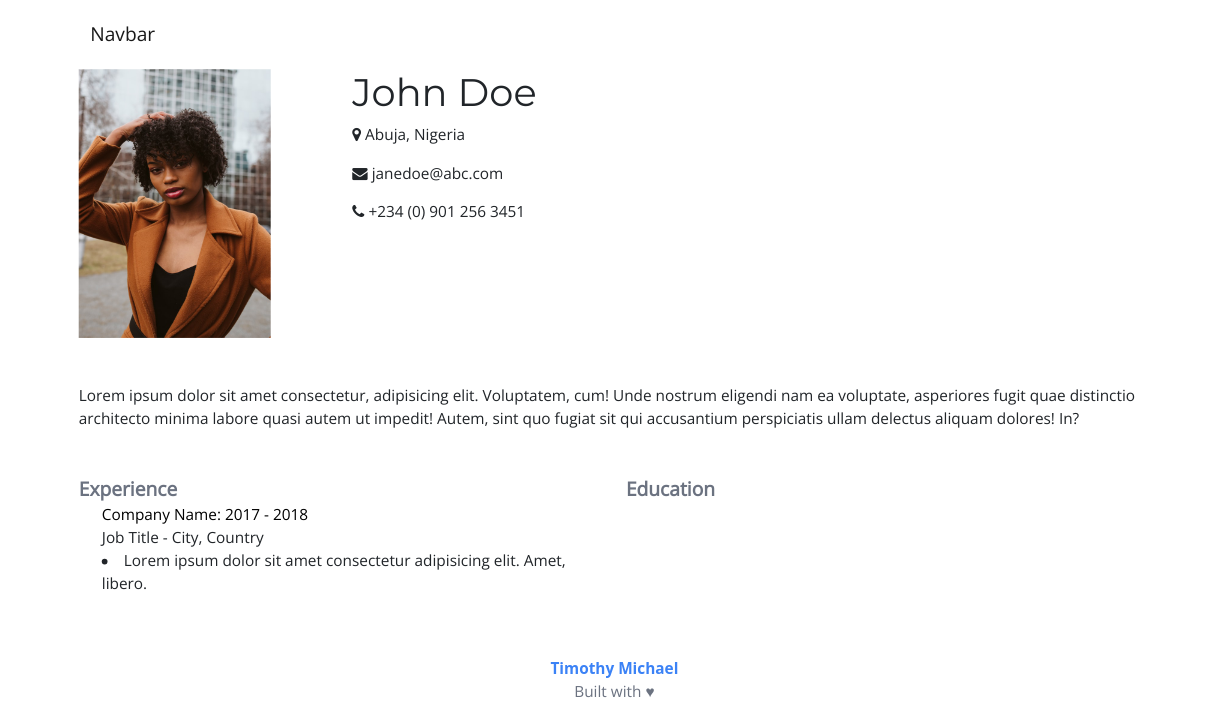
Repository: latenightsnacc/giggles
Page: HTML/CV.html
An editor plug-in stored every save of this project. The page is shown before and after the next save, followed by the edit.
The browser window is 1280 px wide. The pictures show the whole page, at 96% of full size.
Some web libraries are served in a nearby version.

Above is the page before, as saved 2021-01-05 11:07:01.

After the next save:
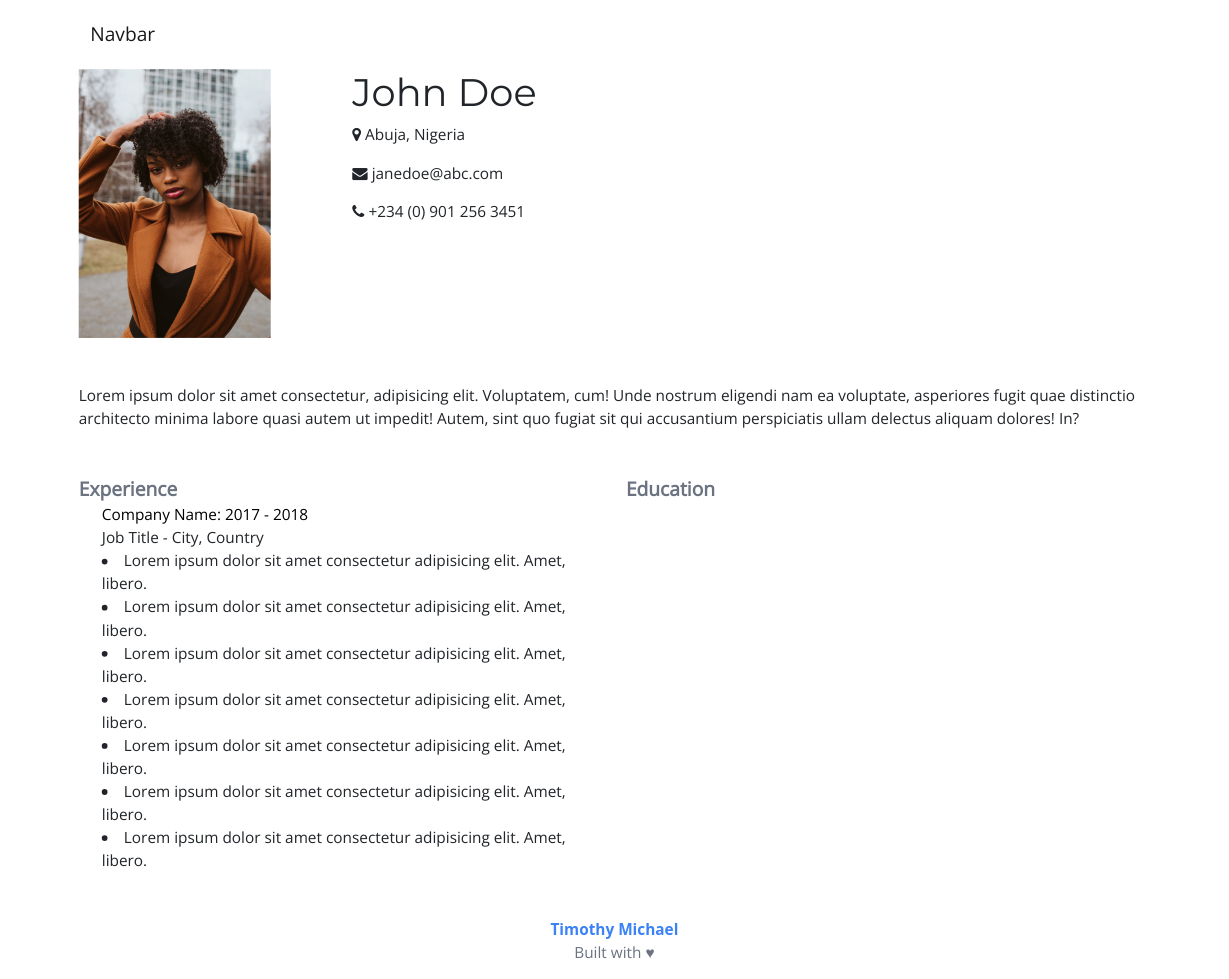
Saved 19 s later.
--- a/HTML/CV.html
+++ b/HTML/CV.html
@@ -65,9 +65,13 @@
                         <div class="text-black">Company Name: <span>2017 - 2018</span></div>
                         <div class="">Job Title - City, Country</div>
                         <li>Lorem ipsum dolor sit amet consectetur adipisicing elit. Amet, libero.</li>
-                        <ul>
+                        <li>Lorem ipsum dolor sit amet consectetur adipisicing elit. Amet, libero.</li>
+                        <li>Lorem ipsum dolor sit amet consectetur adipisicing elit. Amet, libero.</li>
+                        <li>Lorem ipsum dolor sit amet consectetur adipisicing elit. Amet, libero.</li>
+                        <li>Lorem ipsum dolor sit amet consectetur adipisicing elit. Amet, libero.</li>
+                        <li>Lorem ipsum dolor sit amet consectetur adipisicing elit. Amet, libero.</li>
+                        <li>Lorem ipsum dolor sit amet consectetur adipisicing elit. Amet, libero.</li>
 
-                        </ul>
                     </div>
                 </div>
                 <div class="col-xs-12 col-sm-12 col-md-12 col-lg-6 col-xl-6">
